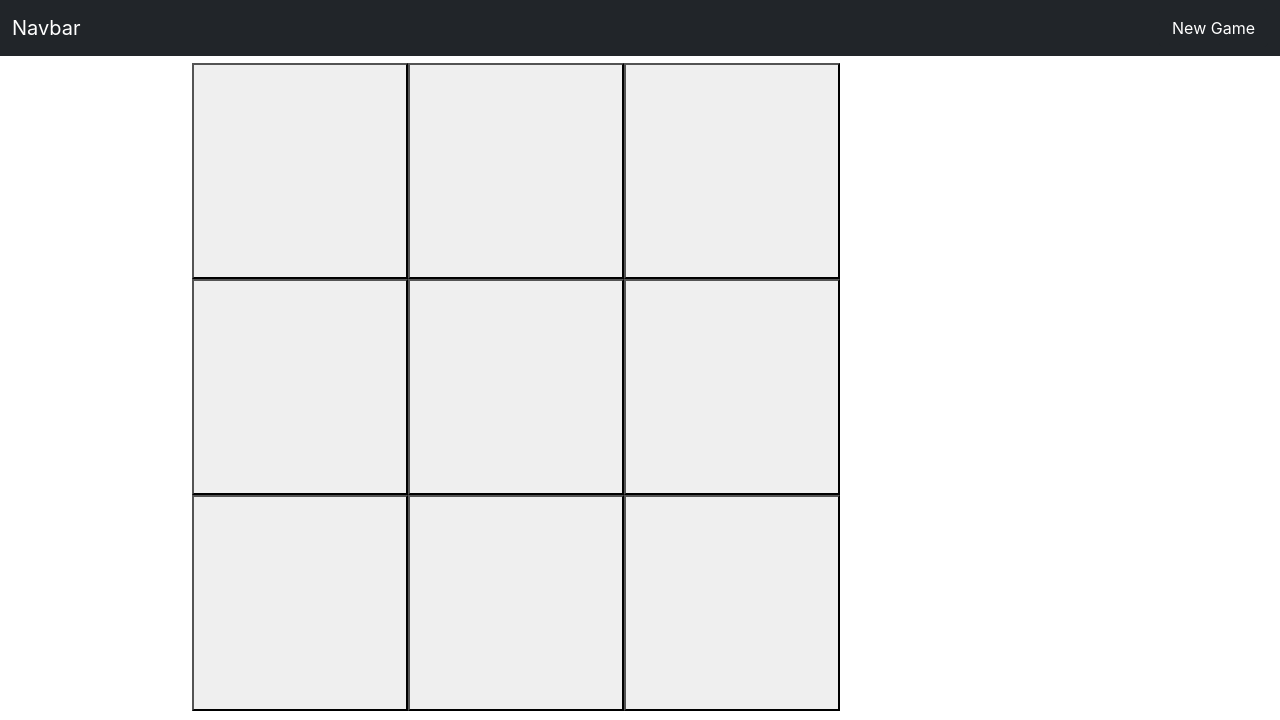
Repository: napan24/tic-tac-toe
Page: /
These files come from the project's save history. The page is drawn as it stood at one moment and after the next save; the edit follows.
The browser window is 1280 px wide. The pictures show the whole page.
The project was rebuilt for these pictures with package versions that can differ from the ones it lists, and the page was loaded fresh each time. Also part of the build but not shown: src/App.css.

Above is the page before, as saved 2022-06-15 12:50:25.

### public/index.html
<!DOCTYPE html>
<html lang="en">
  <head>
    <meta charset="utf-8" />
    <link rel="icon" href="%PUBLIC_URL%/favicon.ico" />
    <meta name="viewport" content="width=device-width, initial-scale=1" />
    <meta name="theme-color" content="#000000" />
    <meta
      name="description"
      content="Web site created using create-react-app"
    />
    <link rel="apple-touch-icon" href="%PUBLIC_URL%/logo192.png" />
    <!--
      manifest.json provides metadata used when your web app is installed on a
      user's mobile device or desktop. See https://developers.google.com/web/fundamentals/web-app-manifest/
    -->
    <link rel="manifest" href="%PUBLIC_URL%/manifest.json" />
    <!--
      Notice the use of %PUBLIC_URL% in the tags above.
      It will be replaced with the URL of the `public` folder during the build.
      Only files inside the `public` folder can be referenced from the HTML.

      Unlike "/favicon.ico" or "favicon.ico", "%PUBLIC_URL%/favicon.ico" will
      work correctly both with client-side routing and a non-root public URL.
      Learn how to configure a non-root public URL by running `npm run build`.
    -->
    <link href="https://cdn.jsdelivr.net/npm/bootstrap@5.1.3/dist/css/bootstrap.min.css" rel="stylesheet" integrity="sha384-1BmE4kWBq78iYhFldvKuhfTAU6auU8tT94WrHftjDbrCEXSU1oBoqyl2QvZ6jIW3" crossorigin="anonymous">
    <script src="https://cdn.jsdelivr.net/npm/bootstrap@5.1.3/dist/js/bootstrap.bundle.min.js" integrity="sha384-ka7Sk0Gln4gmtz2MlQnikT1wXgYsOg+OMhuP+IlRH9sENBO0LRn5q+8nbTov4+1p" crossorigin="anonymous"></script>
    <title>React App</title>
  </head>
  <body>
    <noscript>You need to enable JavaScript to run this app.</noscript>
    <div id="root"></div>
    <!--
      This HTML file is a template.
      If you open it directly in the browser, you will see an empty page.

      You can add webfonts, meta tags, or analytics to this file.
      The build step will place the bundled scripts into the <body> tag.

      To begin the development, run `npm start` or `yarn start`.
      To create a production bundle, use `npm run build` or `yarn build`.
    -->
  </body>
</html>

### src/App.js
import { useEffect } from 'react';
import logo from './logo.svg';
import './App.css';
import { FontAwesomeIcon } from '@fortawesome/react-fontawesome';
import { faXmark } from '@fortawesome/free-solid-svg-icons';
import { faCircle } from '@fortawesome/free-regular-svg-icons';
import './tik.css';
import { useState } from 'react';
import cross from './cross.jpeg';
import circle from './circle.png';
/* <FontAwesomeIcon icon={faXmark} size="5x" /> */
/* <FontAwesomeIcon icon={faCircle} size="5x"/> */

// const cl=event.currentTarget.id;
// const el = document.getElementById(cl);
// el.append(a);
function App() {
  const [board, setBoard] = useState([[" ", " ", " "], [" ", " ", " "], [" ", " ", " "]]);
  const [curr, setCurr] = useState(false);
  const [row, setRow] = useState(0);
  const [col, setCol] = useState(0);
  const [win, setWin] = useState(false);
  const [winner, setWinner] = useState("");
  function update(r, c) {
    setBoard((prevstate) => {
      let newBoard = [...prevstate];
      newBoard[r][c] = curr ? "/" : "+";
      return newBoard;
    });
    setRow(r);
    setCol(c);
  }
  useEffect(() => {
    func();
  }, [row, col]);
  useEffect(() => {
    if (win == true) {
      document.getElementById("win").style.display = "inline";
    }
  }, [win]);

  function func() {
    if (board[row][col] === " ") {
      return;
    }
    let count = 0;
    let i = row;
    while (i < 3) {
      if (board[i][col] == board[row][col]) {
        count++;
      }
      i++;
    }
    if (count == 3) {
      setWinner(board[row][col]);
      setWin(true);
      return;
    }
    count--;
    i = row;
    while (i >= 0) {
      if (board[i][col] == board[row][col]) {
        count++;
      }
      i--;
    }
    if (count == 3) {
      setWinner(board[row][col]);
      setWin(true);
      return;
    }
    let j = col;
    count = 0;
    while (j < 3) {
      if (board[row][j] == board[row][col]) {
        count++;
      }
      j++;
    }
    if (count == 3) {
      setWinner(board[row][col]);
      setWin(true);
      return;
    }
    count--;
    j = col;
    while (j >= 0) {
      if (board[row][j] == board[row][col]) {
        count++;
      }
      j--;
    }
    if (count == 3) {
      setWinner(board[row][col]);
      setWin(true);
      return;
    }
    count = 0;
    i = row;
    j = col;
    while (i >= 0 && j >= 0) {
      if (board[i][j] == board[row][col]) {
        count++;
      }
      i--;
      j--;
    }
    if (count == 3) {
      setWinner(board[row][col]);
      setWin(true);
      return;
    }
    count--;
    i = row;
    j = col;
    while (i < 3 && j < 3) {
      if (board[i][j] == board[row][col]) {
        count++;
      }
      i++;
      j++;
    }
    if (count == 3) {
      setWinner(board[row][col]);
      setWin(true);
      return;
    }
    count = 0;
    i = row;
    j = col;
    while (i >= 0 && j < 3) {
      if (board[i][j] == board[row][col]) {
        count++;
      }
      i--;
      j++;
    }
    if (count == 3) {
      setWinner(board[row][col]);
      setWin(true);
      return;
    }
    count--;
    i = row;
    j = col;
    while (i < 3 && j >= 0) {
      if (board[i][j] == board[row][col]) {
        count++;
      }
      i++;
      j--;
    }
    if (count == 3) {
      setWinner(board[row][col]);
      setWin(true);
      return;
    }
  }
  function Clear() {
    setWin(false);
    setWinner("");
    setBoard([[" ", " ", " "], [" ", " ", " "], [" ", " ", " "]]);
    document.getElementById("r3column1").style.background = "none";
    document.getElementById("r3column2").style.background = "none";
    document.getElementById("r3column3").style.background = "none";
    document.getElementById("r2column1").style.background = "none";
    document.getElementById("r2column2").style.background = "none";
    document.getElementById("r2column3").style.background = "none";
    document.getElementById("r1column1").style.background = "none";
    document.getElementById("r1column2").style.background = "none";
    document.getElementById("r1column3").style.background = "none";
    document.getElementById("win").style.display = "none";
  }
  const handleClick = event => {
    if (win == true) {
      return;
    }
    const cl = event.currentTarget.id;
    document.getElementById(cl).style.background = curr ? "url(" + cross + ")" : "url(" + circle + ")";
    document.getElementById(cl).style.backgroundSize = "cover";
    document.getElementById(cl).style.backgroundRepeat = "no-repeat";
    let a;
    if (cl == "r1column1") {
      update(0, 0);
    }
    if (cl == "r1column2") {
      update(0, 1);
    }
    if (cl == "r1column3") {
      update(0, 2);
    }
    if (cl == "r2column1") {
      update(1, 0);
    }
    if (cl == "r2column2") {
      update(1, 1);
    }
    if (cl == "r2column3") {
      update(1, 2);
    }
    if (cl == "r3column1") {
      update(2, 0);
    }
    if (cl == "r3column2") {
      update(2, 1);
    }
    if (cl == "r3column3") {
      update(2, 2);
    }
    setCurr(!curr);
  };
  const box = {
    height: "30vmin",
    width: "30vmin"
  }
  return (
    <>
      <nav class="navbar navbar-light bg-dark">
        <div class="container-fluid">
          <a class="navbar-brand" style={{color:"white"}}>Navbar</a>
          <button onClick={Clear} type="button" class="btn btn-dark">New Game</button>
        </div>
      </nav>

      <div id="mainblock" style={{paddingTop:"1vh"}}>
        <div id="win" class="alert alert-success" style={{ display: "none", position: "absolute", left: "50%" }} role="alert">
          {curr ? <FontAwesomeIcon icon={faCircle} size="3x" /> : <FontAwesomeIcon icon={faXmark} size="2x" />}
          <span style={{ fontSize: "24px" }}> &nbsp; is the winner</span>
        </div>
        <div id="row1" style={{ display: "flex", justifyContent: "center", alignContent: "center" }}>
          <button id="r1column1" onClick={handleClick} style={box}></button>
          <button id="r1column2" onClick={handleClick} style={box}></button>
          <button id="r1column3" onClick={handleClick} style={box}></button>
        </div>
        <div id="row2" style={{ zIndex: "2", display: "flex", justifyContent: "center", alignContent: "center" }}>
          <button id="r2column1" onClick={handleClick} style={box}></button>
          <button id="r2column2" onClick={handleClick} style={box}></button>
          <button id="r2column3" onClick={handleClick} style={box}></button>
        </div>
        <div id="row" style={{ display: "flex", justifyContent: "center", alignContent: "center" }}>
          <button id="r3column1" onClick={handleClick} style={box}></button>
          <button id="r3column2" onClick={handleClick} style={box}></button>
          <button id="r3column3" onClick={handleClick} style={box}></button>
        </div>
      </div>
      <div>
      </div>
    </>
  );
}

export default App;

### src/tik.css
@media (max-width:500px) {
    #mainblock{
        position:relative;
        left:2vw;
        display: inline-block;
    }
}
@media (max-width:2560px) and (min-width:1601px){
    #mainblock{
        position: relative;
        left:30vw;
        display: inline-block;
    }
}
@media (max-width:1600px) and (min-width:1301px){
    #mainblock{
        position: relative;
        left:25vw;
        display: inline-block;
    }
}
@media (max-width:1300px) and (min-width:1175px){
    #mainblock{
        position: relative;
        left:15vw;
        display: inline-block;
    }
}
@media (max-width:1174px) and (min-width:901px){
    #mainblock{
        position: relative;
        left:8vw;
        display: inline-block;
    }
}
@media (max-width:900px) and (min-width:501px){
    #mainblock{
        position: relative;
        left:5vw;
        display: inline-block;
    }
}

Loaded but not shown: src/index.js (common file); src/index.css (common file); src/reportWebVitals.js (common file)

After the next save:
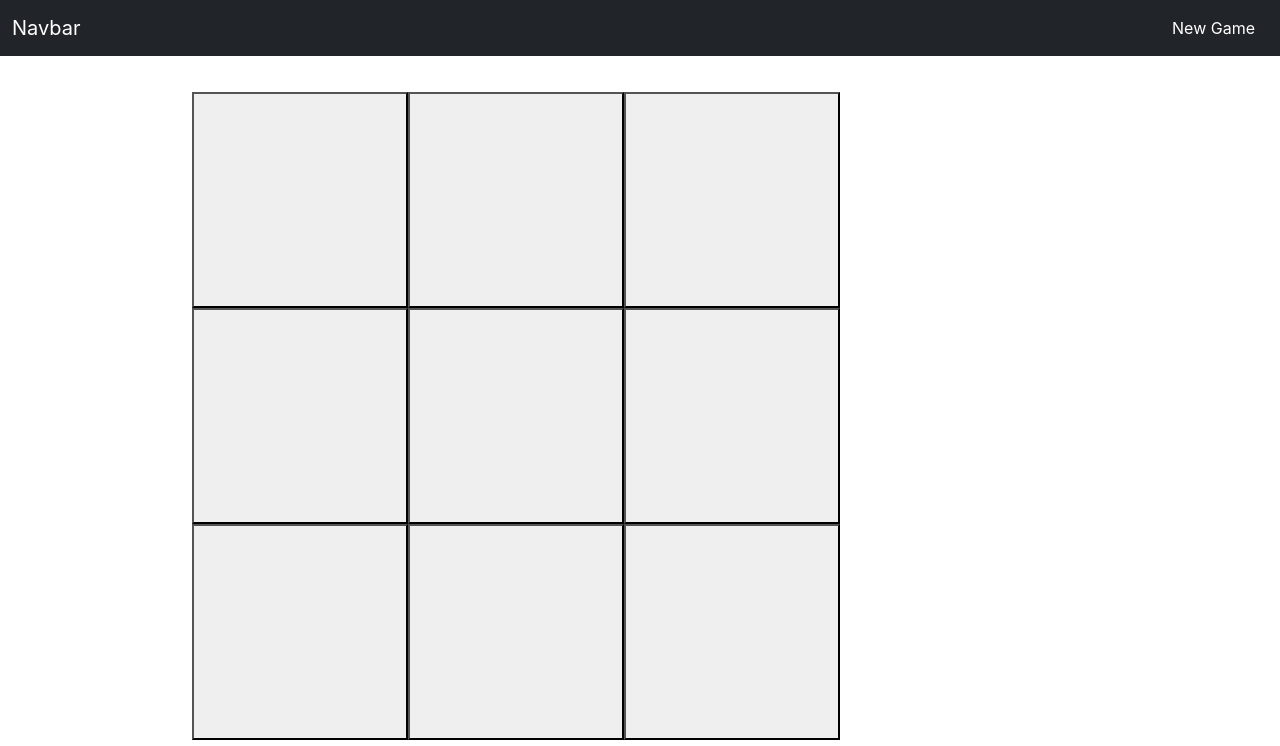
Saved 4 s later.
--- a/src/App.js
+++ b/src/App.js
@@ -222,7 +222,7 @@ function App() {
         </div>
       </nav>
 
-      <div id="mainblock" style={{paddingTop:"1vh"}}>
+      <div id="mainblock" style={{paddingTop:"5vh"}}>
         <div id="win" class="alert alert-success" style={{ display: "none", position: "absolute", left: "50%" }} role="alert">
           {curr ? <FontAwesomeIcon icon={faCircle} size="3x" /> : <FontAwesomeIcon icon={faXmark} size="2x" />}
           <span style={{ fontSize: "24px" }}> &nbsp; is the winner</span>
